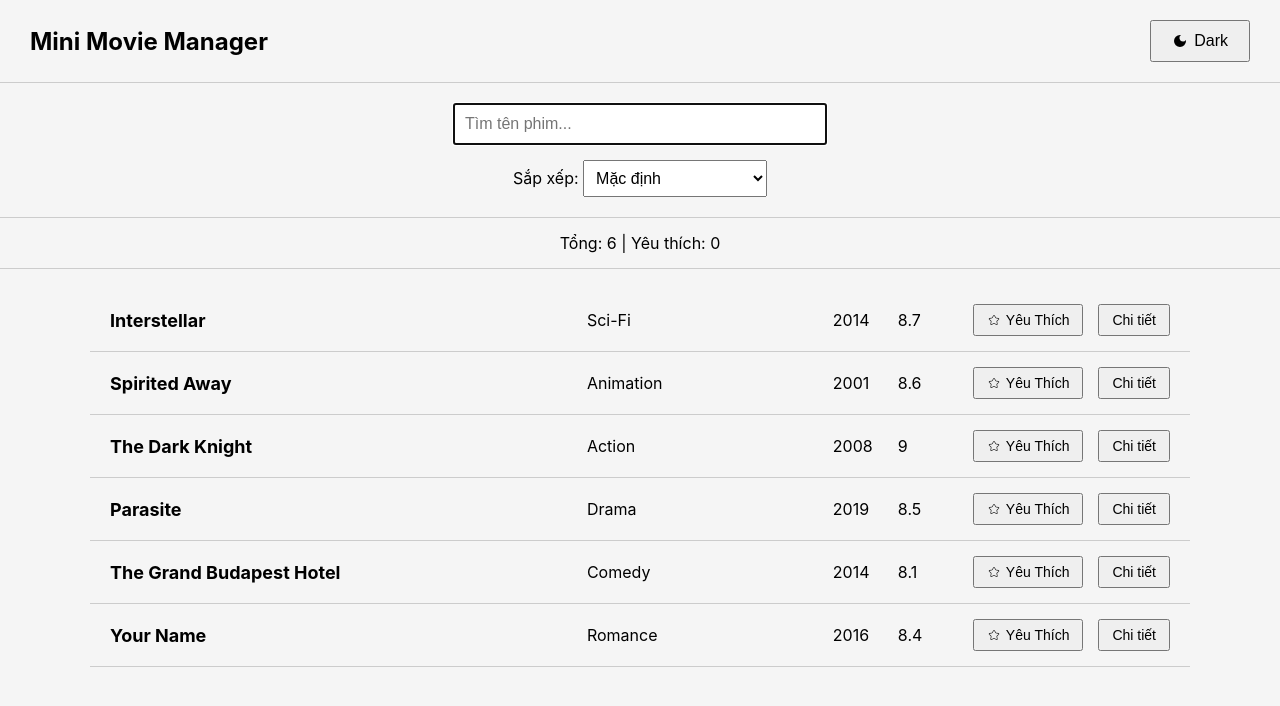
Repository: duyndhe195099/fer202_lab2
Page: /
These files come from the project's save history. The page is drawn as it stood at one moment and after the next save; the edit follows.
The browser window is 1280 px wide. The pictures show the whole page.
The project was rebuilt for these pictures with package versions that can differ from the ones it lists, and the page was loaded fresh each time. Also part of the build but not shown: src/components/MovieDetail.js.

Above is the page before, as saved 2026-10-02 11:22:26.

### src/index.js
import React from "react";
import ReactDOM from "react-dom/client";
import "./index.css";
import App from "./App";
import { ThemeProvider } from "./context/ThemeContext";

const root = ReactDOM.createRoot(document.getElementById("root"));
root.render(
  <React.StrictMode>
    <ThemeProvider>
      <App />
    </ThemeProvider>
  </React.StrictMode>
);

### src/App.js
import { useCallback, useContext, useMemo, useState } from "react";

import Header from "./components/Header";
import SearchBar from "./components/SearchBar";
import GenreFilter from "./components/GenreFilter";
import MovieList from "./components/MovieList";
import MovieDetail from "./components/MovieDetail";

import { ThemeContext } from "./context/ThemeContext";
import useLocalStorage from "./hooks/useLocalStorage";
import { movies } from "./datas/movies";

function App() {

  const { darkMode } = useContext(ThemeContext);


  const [keyword, setKeyword] = useState("");
  const [genre, setGenre] = useState("All Genres");
  const [sortBy, setSortBy] = useState("default");
  const [selectedMovie, setSelectedMovie] = useState(null);


  const [favorites, setFavorites] = useLocalStorage("movie_favorites", []);


  const toggleFavorite = useCallback(
    (id) => {
      setFavorites((prev) =>
        prev.includes(id) ? prev.filter((f) => f !== id) : [...prev, id],
      );
    },
    [setFavorites],
  );


  const viewDetail = useCallback((movie) => {
    setSelectedMovie(movie);
  }, []);


  const filteredMovies = useMemo(() => {
    const kw = keyword.trim().toLowerCase();

    const result = movies.filter((movie) => {
      const matchGenre = genre === "All Genres" || movie.genre === genre;
      const matchTitle = movie.title.toLowerCase().includes(kw);
      return matchGenre && matchTitle;
    });

    if (sortBy === "desc") {
      result.sort((a, b) => b.rating - a.rating);
    } else if (sortBy === "asc") {
      result.sort((a, b) => a.rating - b.rating);
    }

    return result;
  }, [keyword, genre, sortBy]);

  return (
    <div
      style={{
        minHeight: "100vh",
        backgroundColor: darkMode ? "#222" : "#f5f5f5",
        color: darkMode ? "white" : "black",
      }}
    >
      <Header />

      <section style={{ padding: "20px", borderBottom: "1px solid #ccc" }}>
        <SearchBar keyword={keyword} setKeyword={setKeyword} />

        <div
          style={{
            display: "flex",
            justifyContent: "center",
            gap: "30px",
            marginTop: "15px",
          }}
        >
          <GenreFilter genre={genre} setGenre={setGenre} />

          <label style={{ fontSize: "16px" }}>
            Sắp xếp:{" "}
            <select
              value={sortBy}
              onChange={(e) => setSortBy(e.target.value)}
              style={{ padding: "8px", fontSize: "16px" }}
            >
              <option value="default">Mặc định</option>
              <option value="desc">Rating: Cao → Thấp</option>
              <option value="asc">Rating: Thấp → Cao</option>
            </select>
          </label>
        </div>
      </section>

      <p
        style={{
          textAlign: "center",
          margin: 0,
          padding: "15px",
          borderBottom: "1px solid #ccc",
        }}
      >
        Tổng: {filteredMovies.length} | Yêu thích: {favorites.length}
      </p>

      <div
        style={{
          display: "flex",
          alignItems: "flex-start",
          gap: "20px",
          maxWidth: "1100px",
          margin: "20px auto",
          padding: "0 20px",
        }}
      >
        <div style={{ flex: 1 }}>
          <MovieList
            movies={filteredMovies}
            favorites={favorites}
            toggleFavorite={toggleFavorite}
            viewDetail={viewDetail}
          />
        </div>

        {selectedMovie && (
          <MovieDetail
            movie={selectedMovie}
            onClose={() => setSelectedMovie(null)}
          />
        )}
      </div>
    </div>
  );
}

export default App;

### src/context/ThemeContext.js
import { createContext, useState } from "react";

export const ThemeContext = createContext();

export function ThemeProvider({ children }) {
  const [darkMode, setDarkMode] = useState(false);

  const toggleTheme = () => setDarkMode((prev) => !prev);

  return (
    <ThemeContext.Provider value={{ darkMode, toggleTheme }}>
      {children}
    </ThemeContext.Provider>
  );
}

### src/components/Header.js
import { useContext } from "react";
import { CiLight } from "react-icons/ci";
import { MdDarkMode } from "react-icons/md";
import { ThemeContext } from "../context/ThemeContext";

function Header() {
  const { darkMode, toggleTheme } = useContext(ThemeContext);

  return (
    <header
      style={{
        display: "flex",
        justifyContent: "space-between",
        alignItems: "center",
        padding: "20px 30px",
        borderBottom: "1px solid #ccc",
      }}
    >
      <h1 style={{ margin: 0, fontSize: "24px" }}>Mini Movie Manager</h1>

      <button
        onClick={toggleTheme}
        style={{
          display: "flex",
          alignItems: "center",
          gap: "6px",
          padding: "10px 20px",
          fontSize: "16px",
          cursor: "pointer",
        }}
      >
        {darkMode ? (
          <>
            <CiLight /> Light
          </>
        ) : (
          <>
            <MdDarkMode /> Dark
          </>
        )}
      </button>
    </header>
  );
}

export default Header;

### src/components/SearchBar.js
import { useEffect, useRef } from "react";

function SearchBar({ keyword, setKeyword }) {
  const inputRef = useRef(null);


  useEffect(() => {
    inputRef.current.focus();
  }, []);

  const handleClear = () => {
    setKeyword("");
    inputRef.current.focus();
  };

  return (
    <div style={{ display: "flex", justifyContent: "center", gap: "10px" }}>


      <input
        ref={inputRef}
        type="text"
        value={keyword}
        placeholder="Tìm tên phim..."
        onChange={(e) => setKeyword(e.target.value)}
        style={{ width: "350px", padding: "10px", fontSize: "16px" }}
      />


    </div>
  );
}

export default SearchBar;

### src/components/GenreFilter.js
const genres = [
  "All Genres",
  "Action",
  "Animation",
  "Comedy",
  "Drama",
  "Romance",
  "Sci-Fi",
];

function GenreFilter({ genre, setGenre }) {

}

export default GenreFilter;

### src/components/MovieList.js
import MovieItem from "./MovieItem";

function MovieList({ movies, favorites, toggleFavorite, viewDetail }) {
  if (movies.length === 0) {
    return (
      <p style={{ textAlign: "center", padding: "30px" }}>Không tìm thấy phim.</p>
    );
  }

  return (
    <section>
      {movies.map((movie) => (
        <MovieItem
          key={movie.id}
          movie={movie}
          isFavorite={favorites.includes(movie.id)}
          toggleFavorite={toggleFavorite}
          viewDetail={viewDetail}
        />
      ))}
    </section>
  );
}

export default MovieList;

### src/hooks/useLocalStorage.js
import { useEffect, useState } from "react";

function useLocalStorage(key, initialValue) {
  const [value, setValue] = useState(initialValue);
  const [loaded, setLoaded] = useState(false);

  // Load dữ liệu khi app khởi động
  useEffect(() => {
    const saved = localStorage.getItem(key);

    if (saved) {
      setValue(JSON.parse(saved));
    }

    setLoaded(true);
  }, [key]);

  // Lưu dữ liệu mỗi khi value thay đổi
  useEffect(() => {
    if (loaded) {
      localStorage.setItem(key, JSON.stringify(value));
    }
  }, [key, value, loaded]);

  return [value, setValue];
}

export default useLocalStorage;

### src/datas/movies.js
export const movies = [
    {
        id: 1,
        title: "Interstellar",
        genre: "Sci-Fi",
        year: 2014,
        rating: 8.7,
        director: "Christopher Nolan",
        duration: 169,
        description:
            "A group of astronauts travels through space to search for a new home for humanity."
    },
    {
        id: 2,
        title: "Spirited Away",
        genre: "Animation",
        year: 2001,
        rating: 8.6,
        director: "Hayao Miyazaki",
        duration: 125,
        description:
            "A young girl enters a mysterious world and tries to save her parents."
    },
    {
        id: 3,
        title: "The Dark Knight",
        genre: "Action",
        year: 2008,
        rating: 9.0,
        director: "Christopher Nolan",
        duration: 152,
        description:
            "Batman faces a dangerous criminal who creates chaos in Gotham City."
    },
    {
        id: 4,
        title: "Parasite",
        genre: "Drama",
        year: 2019,
        rating: 8.5,
        director: "Bong Joon-ho",
        duration: 132,
        description:
            "A poor family gradually becomes involved in the life of a wealthy family."
    },
    {
        id: 5,
        title: "The Grand Budapest Hotel",
        genre: "Comedy",
        year: 2014,
        rating: 8.1,
        director: "Wes Anderson",
        duration: 100,
        description:
            "A series of unusual events takes place at a famous European hotel."
    },
    {
        id: 6,
        title: "Your Name",
        genre: "Romance",
        year: 2016,
        rating: 8.4,
        director: "Makoto Shinkai",
        duration: 106,
        description:
            "Two young people mysteriously experience each other's lives."
    }
];

### src/components/MovieItem.js
import { memo } from "react";
import { CiStar } from "react-icons/ci";
import { FaStar } from "react-icons/fa";

function MovieItem({ movie, isFavorite, toggleFavorite, viewDetail }) {
  const buttonStyle = {
    display: "flex",
    alignItems: "center",
    gap: "5px",
    padding: "6px 12px",
    fontSize: "14px",
    cursor: "pointer",
  };

  return (
    <div
      style={{
        display: "flex",
        alignItems: "center",
        gap: "15px",
        padding: "15px 20px",
        borderBottom: "1px solid #ccc",
      }}
    >
      <span style={{ flex: 2, fontSize: "18px", fontWeight: "bold" }}>
        {movie.title}
      </span>

      <span style={{ flex: 1 }}>{movie.genre}</span>

      <span style={{ width: "50px" }}>{movie.year}</span>

      <span style={{ width: "60px" }}> {movie.rating}</span>

      <button onClick={() => toggleFavorite(movie.id)} style={buttonStyle}>
        {isFavorite ? (
          <>
            <FaStar /> Bỏ thích
          </>
        ) : (
          <>
            <CiStar /> Yêu Thích
          </>
        )}
      </button>

      <button onClick={() => viewDetail(movie)} style={buttonStyle}>
       Chi tiết
      </button>
    </div>
  );
}

export default memo(MovieItem);

Loaded but not shown: public/index.html (common file); src/index.css (common file)

After the next save:
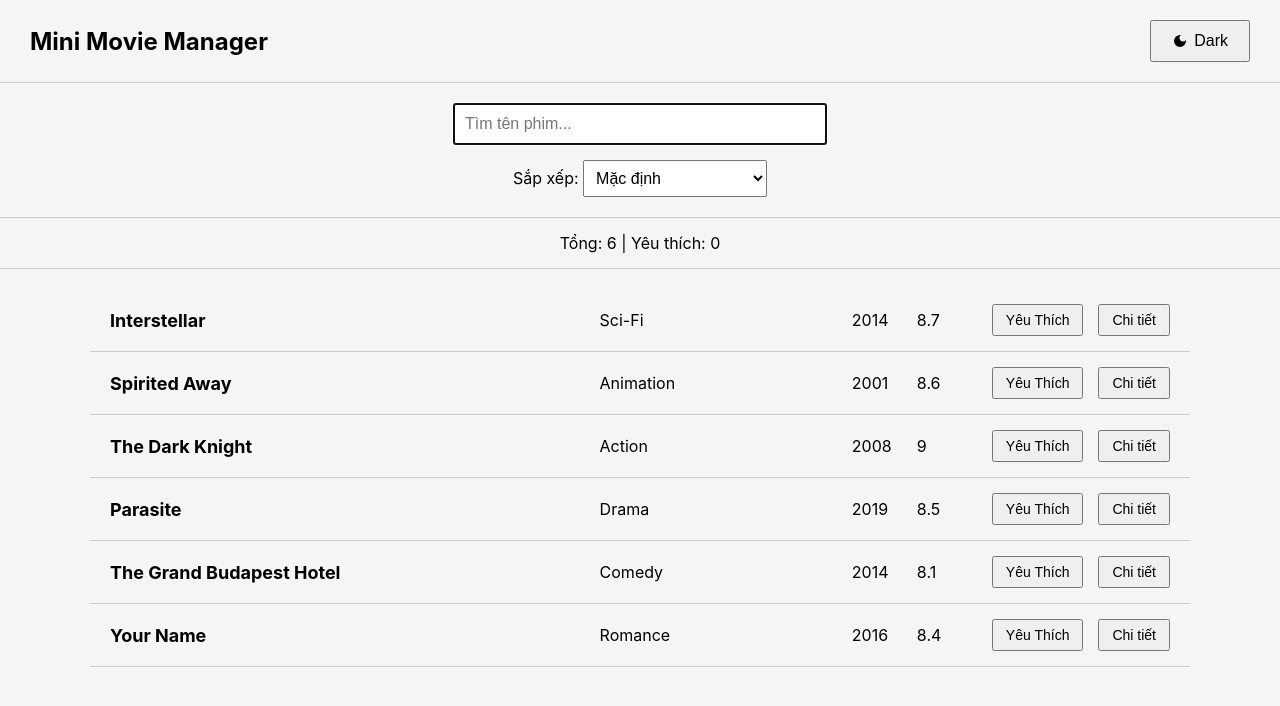
Saved 23 s later.
--- a/src/components/MovieItem.js
+++ b/src/components/MovieItem.js
@@ -35,11 +35,11 @@ function MovieItem({ movie, isFavorite, toggleFavorite, viewDetail }) {
       <button onClick={() => toggleFavorite(movie.id)} style={buttonStyle}>
         {isFavorite ? (
           <>
-            <FaStar /> Bỏ thích
+             Bỏ thích
           </>
         ) : (
           <>
-            <CiStar /> Yêu Thích
+            Yêu Thích
           </>
         )}
       </button>
